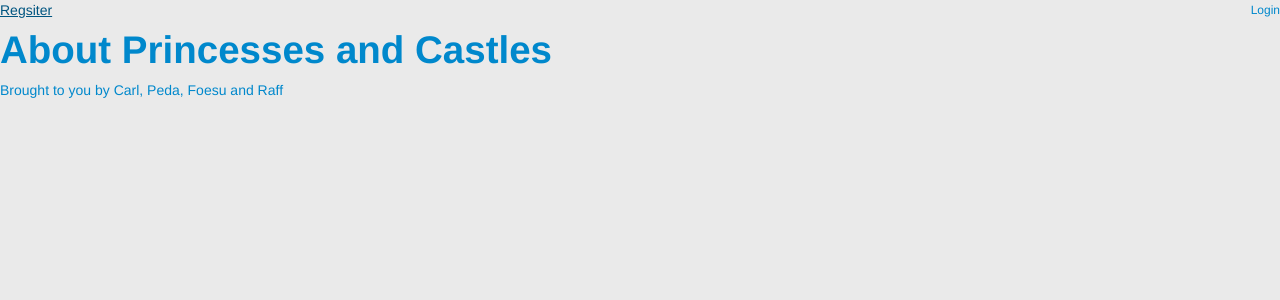
Repository: ese-unibe-ch/ese2014-team2
Page: http://localhost/Skeleton/pages/template/navbarAuth.jsp
These files come from the project's save history. The page is drawn as it stood at one moment and after the next save; the edit follows.
The browser window is 1280 px wide. The pictures show the whole page.
Some web libraries are served in a nearby version. The page is served by Tomcat 9. Nobody is signed in. The application's start-up code is not run. The template is opened directly, without the code that normally fills it, so the values that code supplies are empty.

Above is the page before, as saved 2014-10-28 09:37:14.
Console error (its wording comes from the project's code and is left out).

After the next save:
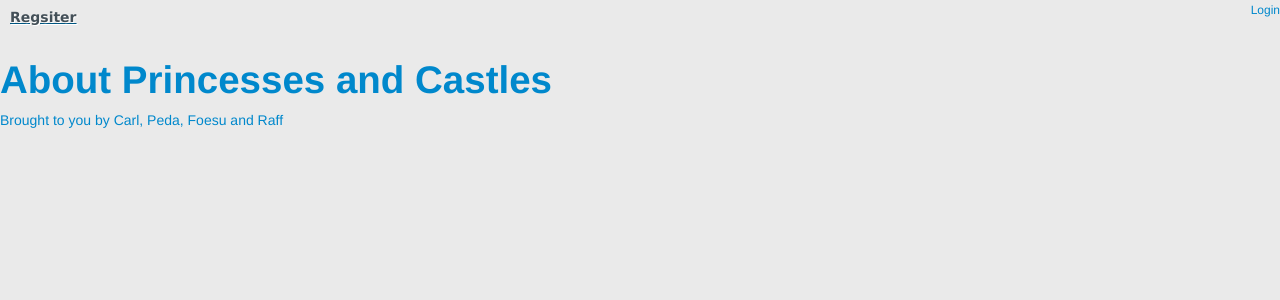
Saved 36 s later.
--- a/Skeleton/src/main/webapp/pages/template/navbarAuth.jsp
+++ b/Skeleton/src/main/webapp/pages/template/navbarAuth.jsp
@@ -78,15 +78,17 @@
             </div>
             <!-- Login Ends Here -->
             <!-- Register Starts Here -->
-            <div id="registerContainer">
-            	<a href="register"><div id="registerButton"><span>Regsiter</span><em></em></div></a>
+            <div class="registerContainer">
+            	<a href="register"><div class="registerButton"><span>Regsiter</span><em></em></div></a>
             </div>
             <!-- Register Ends Here -->
         </div>
     </div>
 </sec:authorize>
 
-
+<sec:authorize access="isAuthenticated()">
+	<div
+</sec:authorize>
 
 
 </div>
